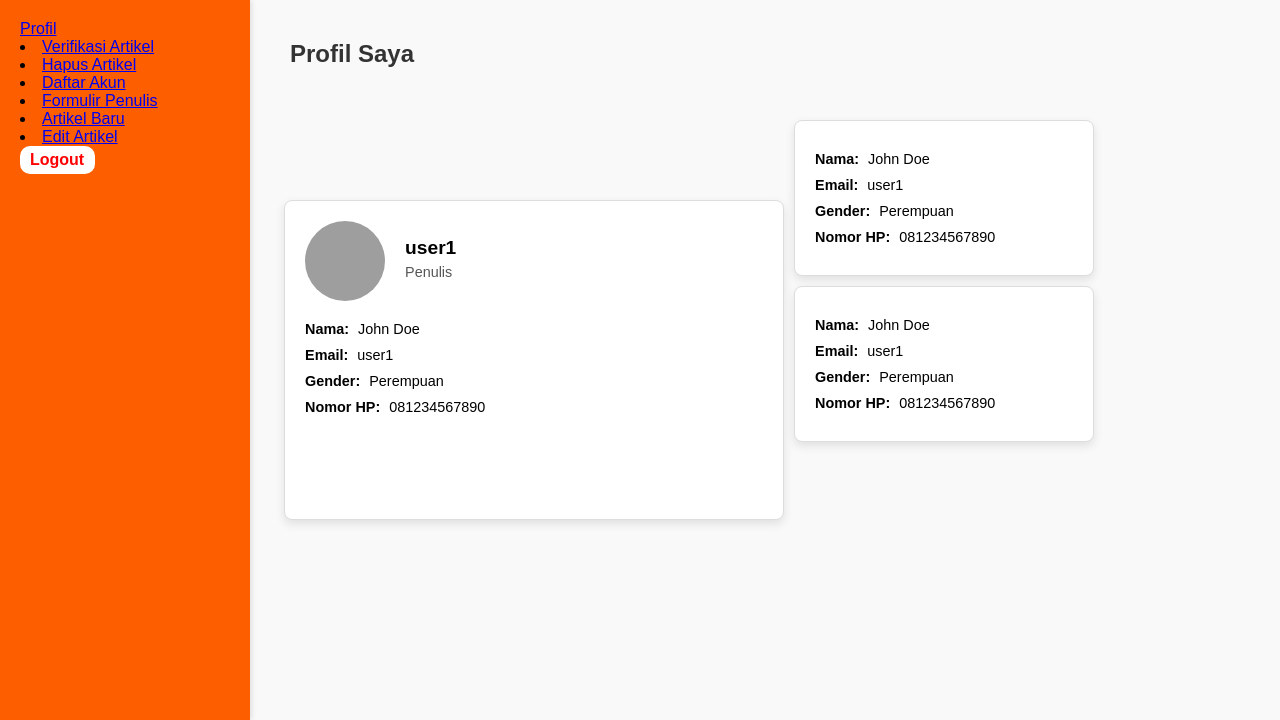
Repository: novalArd/Website_Berita_360News
Page: http://localhost/tes/Profile.php
The author's editor kept a copy of each file at every save. The page is drawn from the files as they stood at one save, then again after a run of saves.
The browser window is 1280 px wide. The pictures show the whole page.
Pictures or frames that could not be fetched are drawn as grey boxes. The page is run by PHP 8.4 with error messages shown; the project is at /var/www/html/. The session is filled in as if someone had signed in: {"user_id": 1, "username": "user1", "role": "admin", "nama_lengkap": "John Doe", "jenis_kelamin": "", "nomor_hp": "081234567890"}. The database holds what the project's SQL file puts in it.

Above is the page before, as saved 2024-12-17 00:06:04.

After the next 3 saves:
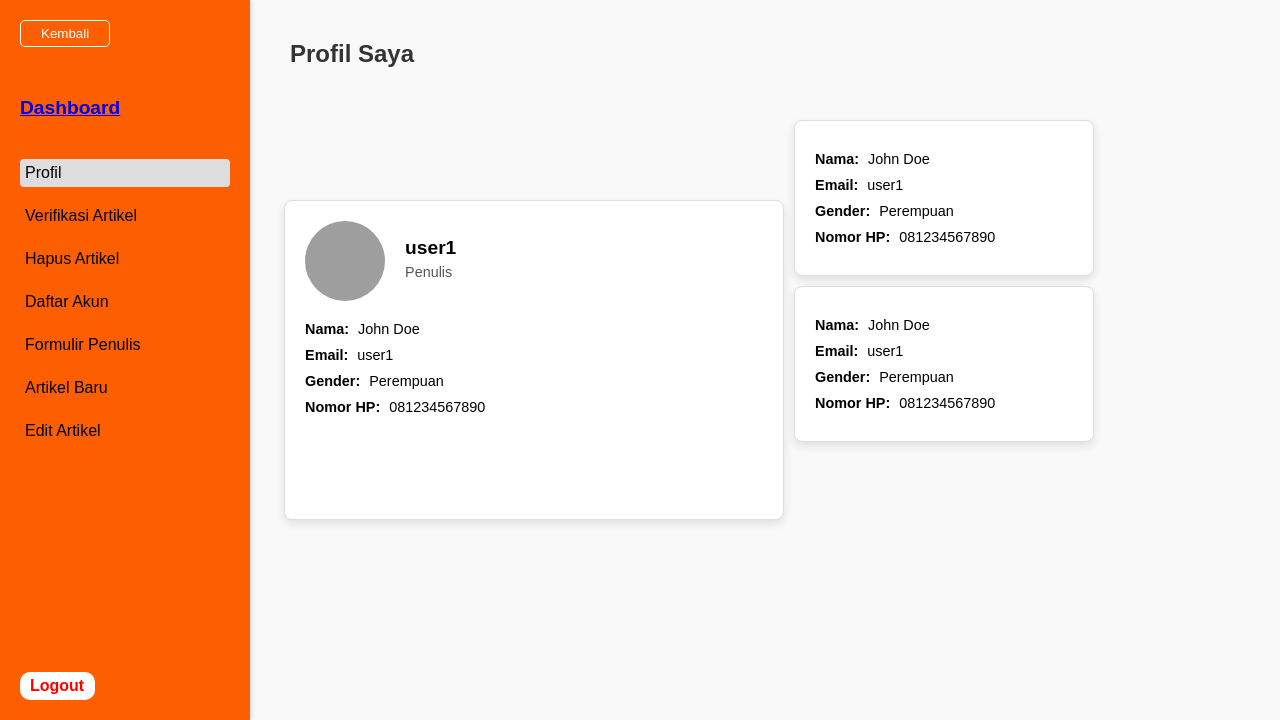
The 3 saves are shown as one change because they came seconds apart.
The last was saved 10 s later.
--- a/tes/Profile.php
+++ b/tes/Profile.php
@@ -31,7 +31,7 @@ if (!$user) {
     <!-- Sidebar -->
     <aside class="sidebar">
       <div class="kembali-btn">
-        <a href="></a><button>Kembali</button>
+        <a href="../beranda.php"><button>Kembali</button>
       </div>
     <h3>Dashboard</h3>
       <ul>
